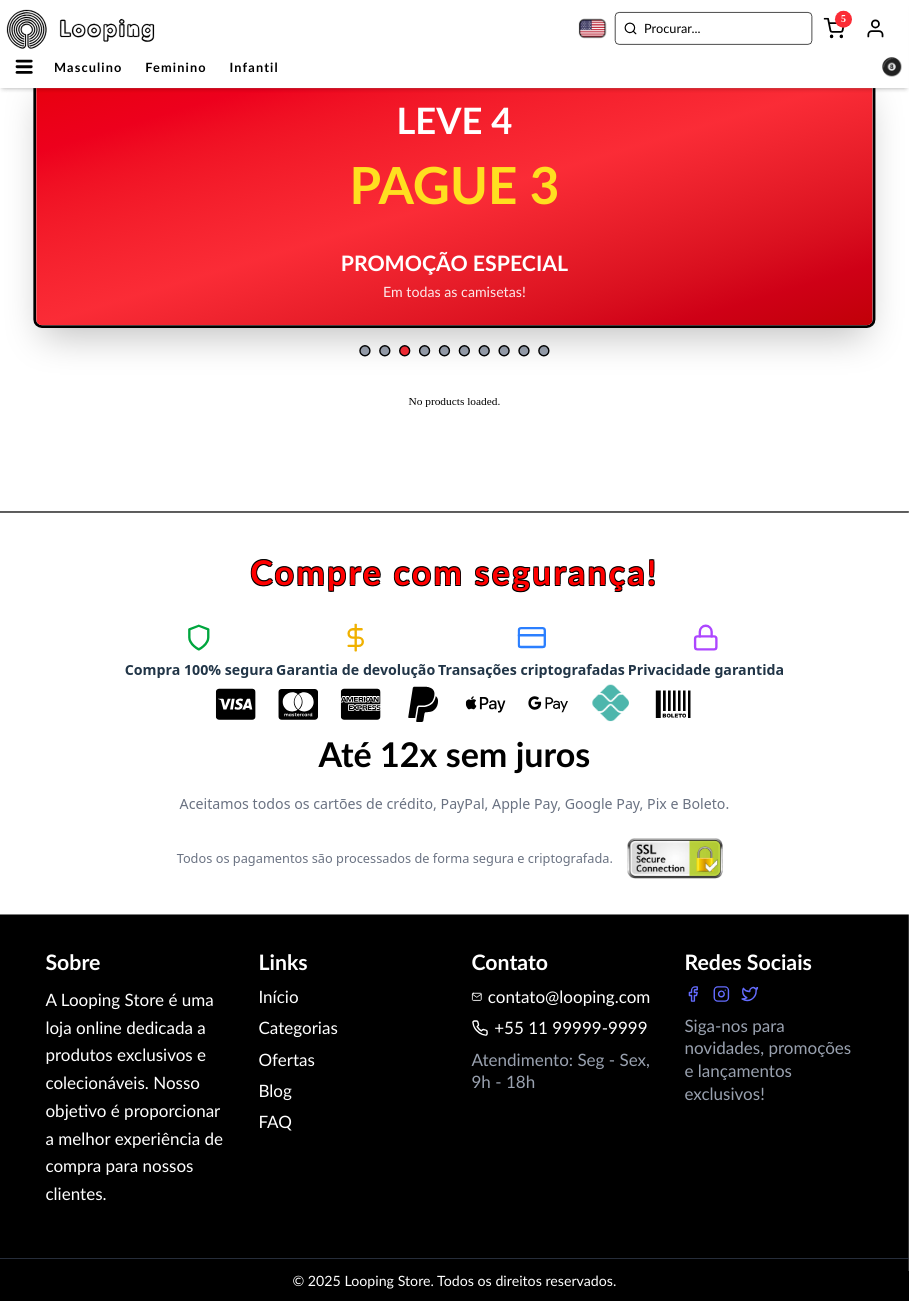
Repository: Kevin-Pro-Codes/looping-e-commerce
Page: / (app in looping-client/), after clicking the first element matching `div.justify-center > :nth-child(3)`
The author's editor kept a copy of each file at every save. The page is drawn from the files as they stood at one save, then again after the next save.
The browser window is 1280 px wide. The pictures show the whole page, at 71% of full size.
The page's requests for data from a server got no answer. The project was rebuilt for these pictures with package versions that can differ from the ones it lists, and the page was loaded fresh each time. No one was signed in, and anything a server would have sent is missing. Also part of the build but not shown: looping-client/vite.config.js, looping-client/src/components/profile/SharedComponents.jsx, looping-client/src/components/profile/ProfileTab.jsx, looping-client/src/components/profile/AddressesTab.jsx, looping-client/src/components/profile/OrdersTab.jsx, looping-client/src/components/profile/WishlistTab.jsx, looping-client/src/components/profile/CartTab.jsx, looping-client/src/components/profile/CouponsTab.jsx and 22 more.

Above is the page before, as saved 2025-11-08 14:10:39.

After the next save:
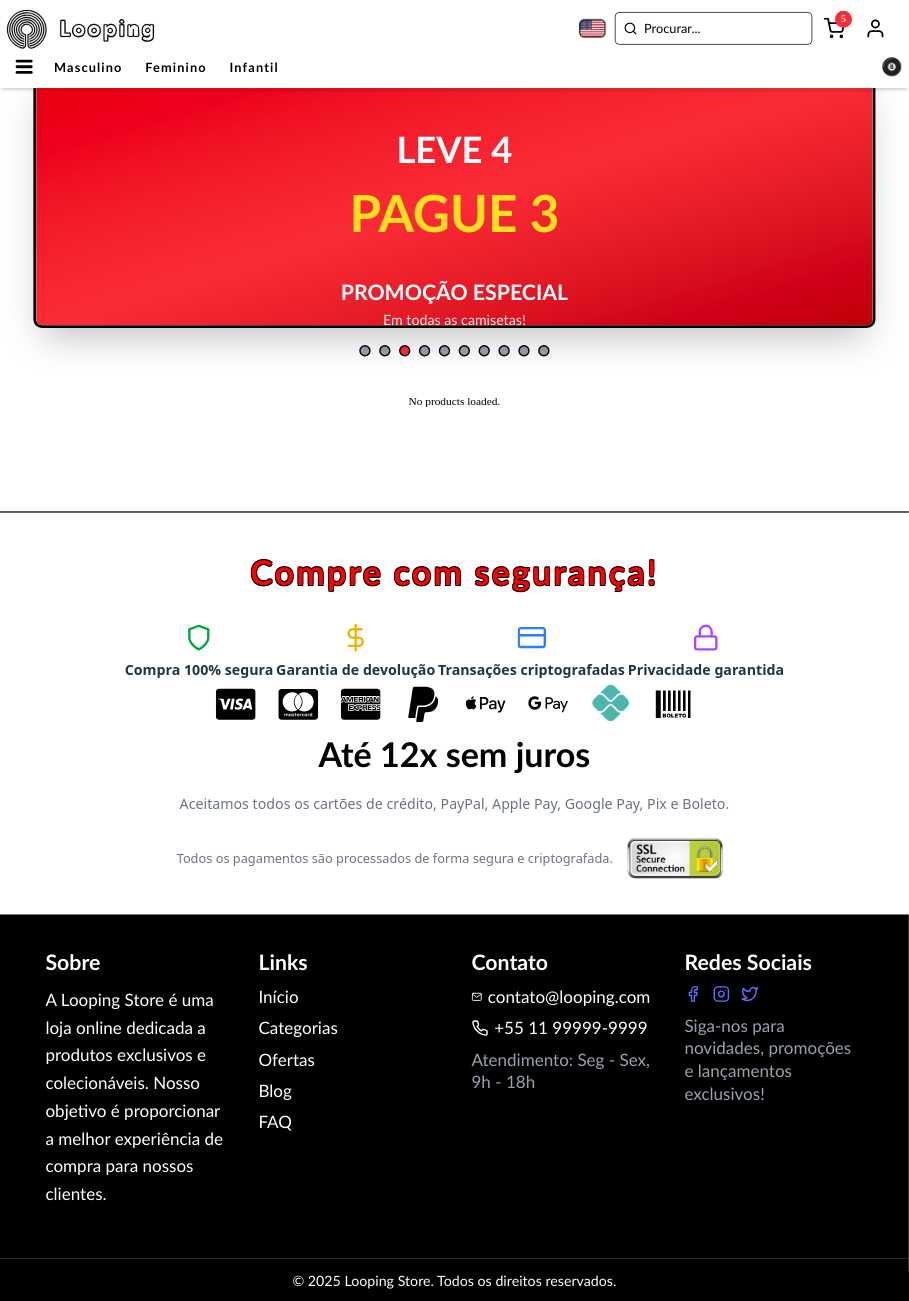
Saved 44 s later.
--- a/looping-client/src/components/Home.jsx
+++ b/looping-client/src/components/Home.jsx
@@ -149,7 +149,7 @@ function App() {
             {/* Banner Content */}
             {currentBanner === 2 ? ( // "Leve 4 Pague 3" Promo Banner - CALIBRI
               <div className="absolute inset-0 w-full h-full bg-gradient-to-br from-red-600 via-red-500 to-red-700 flex items-center justify-center">
-                <div className="relative flex flex-col items-center justify-center w-full h-full p-4 sm:p-6 md:p-8">
+                <div className="relative flex flex-col items-center justify-center w-full h-full p-4 sm:p-6 md:p-8 mt-20">
                   {/* Main Promo Text */}
                   <div className="text-center mb-4 sm:mb-6 md:mb-8">
                     <h1 className="text-4xl sm:text-5xl md:text-6xl lg:text-7xl xl:text-8xl font-black text-white mb-2 sm:mb-3 md:mb-4 leading-tight" style={{ fontFamily: 'Calibri, sans-serif' }}>
